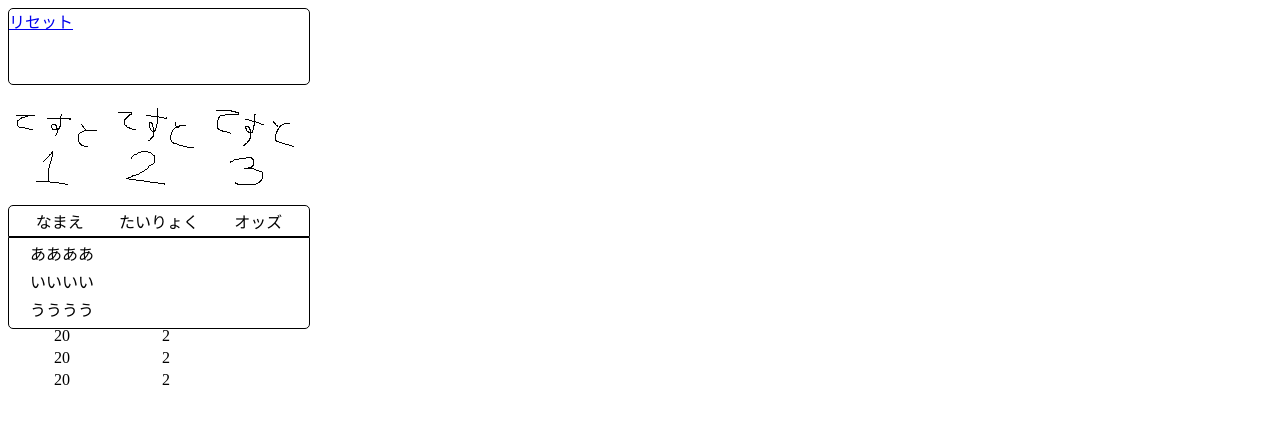
Repository: kousuke-2047/test
Page: http://localhost/Oldmove/SelectmonsterAction.action
An editor plug-in stored every save of this project. The page is shown before and after the next save, followed by the edit.
The browser window is 1280 px wide. The pictures show the whole page.
The page is served by Tomcat 9. Other server files are loaded and not shown. The database holds what the project's SQL file puts in it.

Above is the page before, as saved 2018-06-27 04:36:40.

### Oldmove/WebContent/selectmonster.jsp
<%@ page language="java" contentType="text/html; charset=UTF-8"
    pageEncoding="UTF-8"%>
<%@ taglib prefix="s" uri="/struts-tags"%>
<!DOCTYPE html>
<html>
<head>
<meta http-equiv="Content-Type" content="text/html; charset=UTF-8">
<link rel="stylesheet" href="./css/selectstyle.css">
<script src="https://ajax.googleapis.com/ajax/libs/jquery/3.3.1/jquery.min.js"></script>

<title>選択画面</title>
</head>
<body>

	<script type="text/javascript" src="./js/selectscript.js">
	</script>

	<div class="datebox">
		<a href='<s:url action="SelectmonsterAction"/>'>
		リセット
		</a>
	</div>

	<div class="enemybox">

		<s:iterator value="selectmonsterList">
			<img src='<s:property value="filepath"/>/<s:property value="filename"/>' class ="enemyminibox"/>
		</s:iterator>

		<div class="messagebox">
		いくらかけますか？
			<div class="selectbutton">
				<a href ='<s:url action="LeadyAction"/>'>

				はい
				</a>
			</div>
			<div class="selectbutton">
			いいえ
			</div>
		</div>
	</div>



	<div class="texttopbox">

	<table>
		<tr>
			<td>なまえ</td>
			<td>たいりょく</td>
			<td>オッズ</td>
		</tr>
	</table>

	</div>
	<div class="textbottombox">

	<table>
		<tr class="selectbox">
			<td><s:property value="session.firstmonstername"/></td>
		</tr>
		<tr class="selectbox">
			<td><s:property value="session.secondmonstername"/></td>
		</tr>
		<tr class="selectbox">
			<td><s:property value="session.thirdmonstername"/></td>
		</tr>
	</table>
	<table>
		<s:iterator value="selectmonsterList">
				<td><s:property value="hp"/></td>
				<td><s:property value="odds"/></td>
			</tr>
		</s:iterator>
	</table>

	</div>


</body>
</html>

### Oldmove/src/com/oldmove/dao/SelectmonsterDAO.java
package com.oldmove.dao;

import java.sql.Connection;
import java.sql.PreparedStatement;
import java.sql.ResultSet;
import java.sql.SQLException;
import java.util.ArrayList;

import com.oldmove.dto.SelectmonsterDTO;
import com.oldmove.util.DBConnector;

public class SelectmonsterDAO {

	private DBConnector dbc = new DBConnector();
	private Connection con = dbc.getConnection();
	private ArrayList<SelectmonsterDTO> selectmonsterList = new ArrayList<SelectmonsterDTO>();


	public ArrayList<SelectmonsterDTO> getselectInfo(int menber){

		String sql = "select * from battlemonster where menber =?";

		try{
			PreparedStatement ps = con.prepareStatement(sql);
			ps.setInt(1, menber);
			ResultSet rs = ps.executeQuery();
			while(rs.next()){
				SelectmonsterDTO dto = new SelectmonsterDTO();
				dto.setId(rs.getInt("id"));
				dto.setName(rs.getString("name"));
				dto.setHp(rs.getInt("hp"));
				dto.setMp(rs.getInt("mp"));
				dto.setOdds(rs.getInt("odds"));
				dto.setFilepath(rs.getString("filepath"));
				dto.setFilename(rs.getString("filename"));
				dto.setMenber(rs.getInt("menber"));
				selectmonsterList.add(dto);
			}
		}catch(SQLException e){
			e.printStackTrace();
		}
		return selectmonsterList;
	}

	public void Resethp(){
		String sql="update battlemonster set hp = maxhp,mp=maxmp";
		try{
			PreparedStatement ps = con.prepareStatement(sql);
			ps.execute();

		}catch(SQLException e){
			e.printStackTrace();
		}
	}
}

### Oldmove/src/com/oldmove/util/DBConnector.java
package com.oldmove.util;

import java.sql.Connection;
import java.sql.DriverManager;
import java.sql.SQLException;

public class DBConnector {

	private static String driverName = "com.mysql.jdbc.Driver";
	private static String url = "jdbc:mysql://localhost/oldmove";
	private static String user = "root";
	private static String password = "mysql";

	public Connection getConnection(){
		Connection con = null;

		try{
			Class.forName(driverName);
			con =(Connection) DriverManager.getConnection(url,user,password);
		}catch(ClassNotFoundException e){
			e.printStackTrace();
		}catch(SQLException e){
			e.printStackTrace();
		}
		return con;
	}

}

### Oldmove/src/com/oldmove/util/RandomInt.java
package com.oldmove.util;

public class RandomInt {

	public int getSelectmenber(int menbers){

		int i = (int)(Math.random()*menbers+1);

		return i;
	}

}

### Oldmove/src/com/oldmove/dto/SelectmonsterDTO.java
package com.oldmove.dto;

public class SelectmonsterDTO {

	private int id;
	private String name;
	private int menber;
	private int power;
	private int guard;
	private int hp;
	private int maxhp;
	private int mp;
	private int maxmp;
	private int actiontype;
	private int odds;
	private String filepath;
	private String filename;

	public int getId(){
		return id;
	}
	public void setId(int id){
		this.id = id;
	}
	public String getName(){
		return name;
	}
	public void setName(String name){
		this.name = name;
	}
	public int getMenber(){
		return menber;
	}
	public void setMenber(int menber){
		this.menber = menber;
	}
	public int getPower(){
		return power;
	}
	public void setPower(int power){
		this.power = power;
	}
	public int getGuard(){
		return guard;
	}
	public void setGuard(int guard){
		this.guard = guard;
	}
	public int getHp(){
		return hp;
	}
	public void setHp(int hp){
		this.hp = hp;
	}
	public int getMaxhp(){
		return maxhp;
	}
	public void setMaxhp(int maxhp){
		this.maxhp = maxhp;
	}
	public int getMp(){
		return mp;
	}
	public void setMp(int mp){
		this.mp = mp;
	}
	public int getMaxmp(){
		return maxmp;
	}
	public void setMaxmp(int maxmp){
		this.maxmp = maxmp;
	}
	public int getActiontype(){
		return actiontype;
	}
	public void setActiontype(int actiontype){
		this.actiontype = actiontype;
	}
	public int getOdds(){
		return odds;
	}
	public void setOdds(int odds){
		this.odds = odds;
	}
	public String getFilepath(){
		return filepath;
	}
	public void setFilepath(String filepath){
		this.filepath = filepath;
	}
	public String getFilename(){
		return filename;
	}
	public void setFilename(String filename){
		this.filename = filename;
	}

}

### Oldmove/WebContent/css/selectstyle.css
@CHARSET "UTF-8";
.datebox{
	width:300px;
	height:75px;
	border:1px solid black;
	border-radius:5px;
}
.enemybox{
	height:110px;
	width:100%;
	padding-top:10px;
}
.enemyminibox{
	height:100px;
	width:100px;
	float:left;
}

.messagebox{
	padding-top:10px;
	height:70px;
	width:180px;
	margin-left:60px;
	border-radius:5px;
	border:1px solid white;
	color:white;
	text-align:center;
}

.selectbutton{
	height:31px;
	width:88px;
	text-align:center;
	float:left;
	border:1px solid white;
	border-top:2px solid white;
}




.texttopbox{
	height:30px;
	width:300px;
	border:1px solid black;
	border-top-left-radius:5px;
	border-top-right-radius:5px;
}
.textbottombox{
	height:90px;
	width:300px;
	border:1px solid black;
	border-bottom-left-radius:5px;
	border-bottom-right-radius:5px;
}
td{
	width:100px;
	text-align:center;


}

tr.selectbox{
	color:black;
	height:100%;
	width:100px;
	text-align:center;

}
table{
	float:left;
}

### Oldmove/WebContent/js/selectscript.js
$(document).ready(function(){
	$(".messagebox").hide();
});

$(function(){
	$(".selectbutton").hover(
			function(){
				$(this).css("background-color","lightgray");
				$(this).css("color","red");
			},
			function(){
				$(this).css("background-color","white");
				$(this).css("color","black");
			});
});

$(function(){
	$(".selectbutton").click(function(){
		$(".messagebox").hide();
	});
});

$(function(){
	$("tr.selectbox").hover(
			function(){
				$(this).css("background-color","lightgray");
				$(this).css("color","red");
			},
			function(){
				$(this).css("background-color","white");
				$(this).css("color","black");
			});
});

$(function(){
	$("tr.selectbox").click(function(){
		$("img.enemyminibox").hide();
		$(".messagebox").css("color","black");
		$(".messagebox").css("border-color","black");
		$(".messagebox").fadeIn(0);
	});
});

### Oldmove/sql/oldmove.sql (the tables this page reads)
create table battlemonster(
	id int not null primary key auto_increment,
	name varchar(16),
	menber int,
	power int,
	guard int,
	hp int,
	maxhp int,
	mp int,
	maxmp int,
	actiontype int,
	odds int,
	filepath varchar(100),
	filename varchar(100));

insert into battlemonster(name,menber,power,guard,hp,maxhp,mp,maxmp,actiontype,odds,filepath,filename)values("スライム",1,10,5,20,20,0,0,1,5,"./images","suraimu.jpg");

insert into battlemonster(name,menber,power,guard,hp,maxhp,mp,maxmp,actiontype,odds,filepath,filename)values("ドラキー",1,12,5,22,22,0,0,1,3,"./images","doraki.jpg");

insert into battlemonster(name,menber,power,guard,hp,maxhp,mp,maxmp,actiontype,odds,filepath,filename)values("ももんじゃ",1,15,7,25,25,0,0,1,2,"./images","momonja.jpg");

insert into battlemonster(name,menber,power,guard,hp,maxhp,mp,maxmp,actiontype,odds,filepath,filename)values("オーク",2,10,5,20,20,0,0,1,2,"./images","suraimu.jpg");

insert into battlemonster(name,menber,power,guard,hp,maxhp,mp,maxmp,actiontype,odds,filepath,filename)values("ばくだんいわ",2,10,5,20,20,0,0,1,2,"./images","suraimu.jpg");

insert into battlemonster(name,menber,power,guard,hp,maxhp,mp,maxmp,actiontype,odds,filepath,filename)values("ドラゴン",2,10,5,20,20,0,0,1,2,"./images","suraimu.jpg");

insert into battlemonster(name,menber,power,guard,hp,maxhp,mp,maxmp,actiontype,odds,filepath,filename)values("ああああ",3,10,5,20,20,0,0,1,2,"./images","test1.png");

insert into battlemonster(name,menber,power,guard,hp,maxhp,mp,maxmp,actiontype,odds,filepath,filename)values("いいいい",3,10,5,20,20,0,0,1,2,"./images","test2.png");

insert into battlemonster(name,menber,power,guard,hp,maxhp,mp,maxmp,actiontype,odds,filepath,filename)values("うううう",3,10,5,20,20,0,0,1,2,"./images","test3.png");

After the next save:
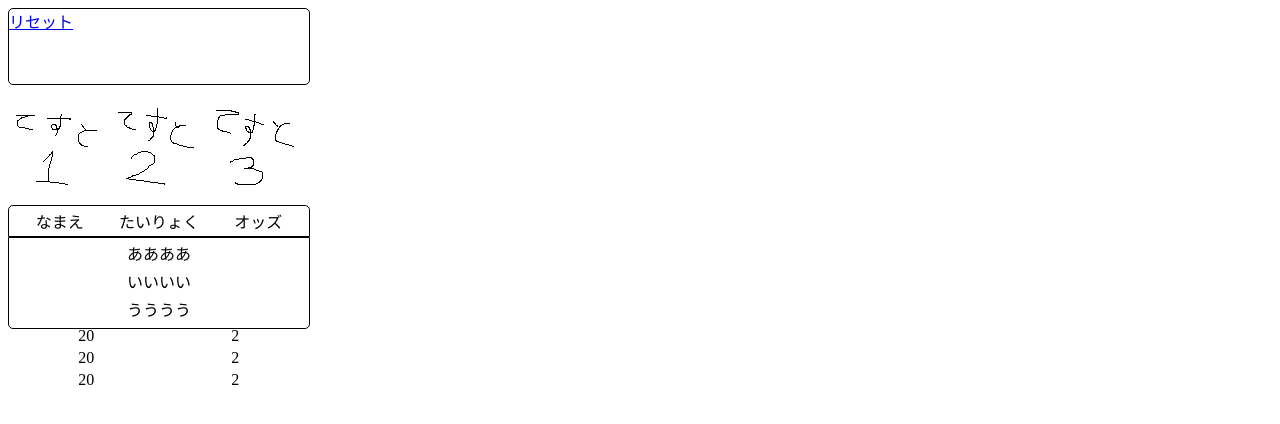
Saved 8 s later.
--- a/Oldmove/WebContent/css/selectstyle.css
+++ b/Oldmove/WebContent/css/selectstyle.css
@@ -54,7 +54,7 @@
 	border-bottom-right-radius:5px;
 }
 td{
-	width:100px;
+	width:980px;
 	text-align:center;
 
 

After the save that followed:
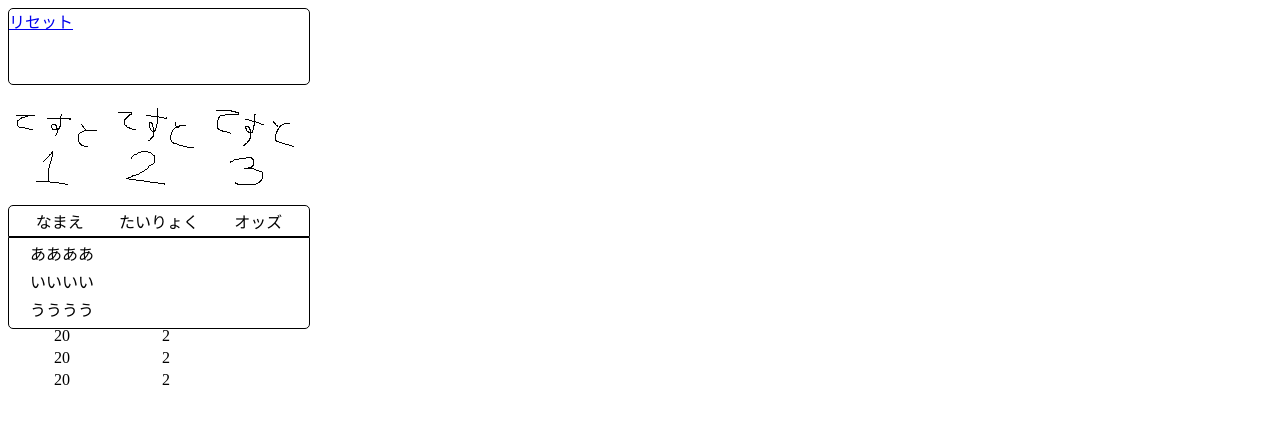
Saved 20 s later.
--- a/Oldmove/WebContent/css/selectstyle.css
+++ b/Oldmove/WebContent/css/selectstyle.css
@@ -54,7 +54,7 @@
 	border-bottom-right-radius:5px;
 }
 td{
-	width:980px;
+	width:100px;
 	text-align:center;
 
 
